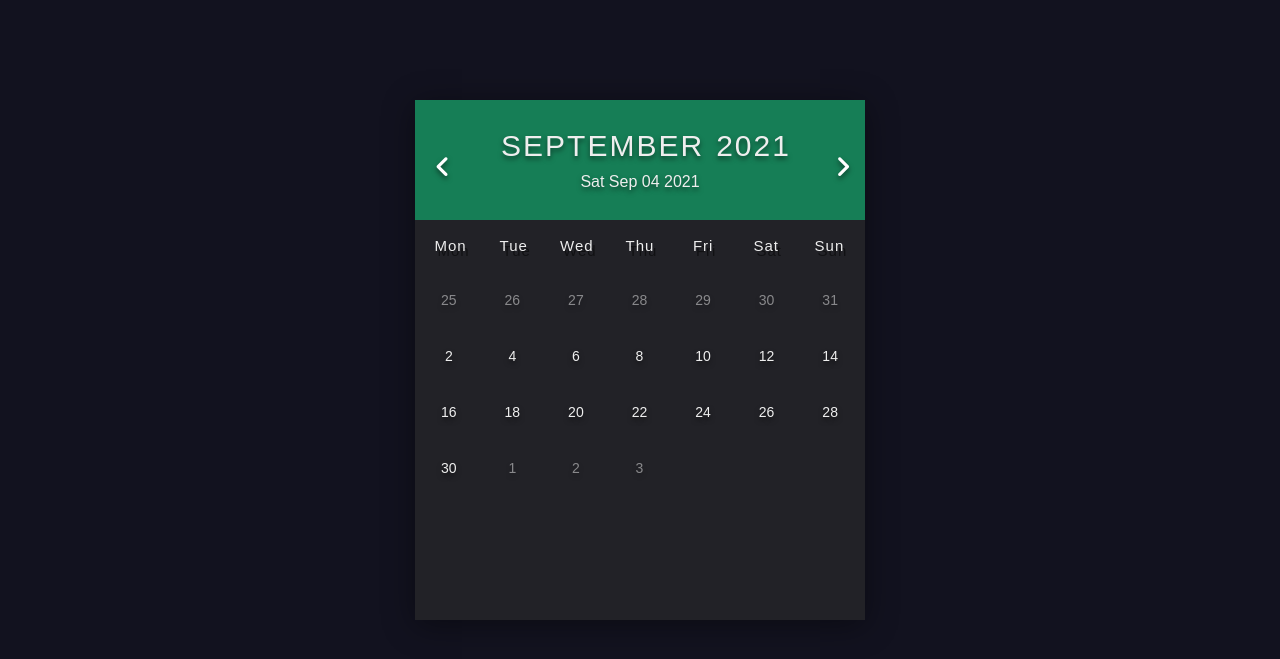
Repository: dboinska/calendar
Page: index.html
The author's editor kept a copy of each file at every save. The page is drawn from the files as they stood at one save, then again after the next save.
The browser window is 1280 px wide. The pictures show the whole page.
Some web libraries are served in a nearby version.

Above is the page before, as saved 2021-09-06 16:07:09.

After the next save:
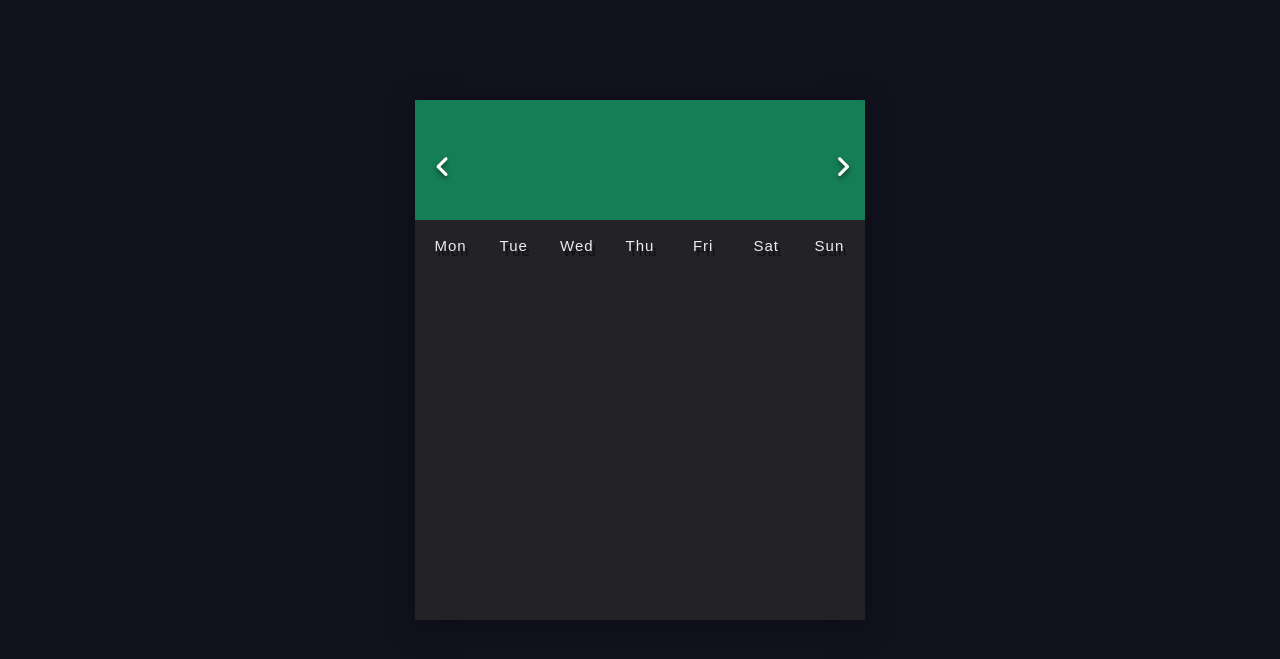
Console error: SyntaxError: Unexpected token '.'
Saved 17 s later.
--- a/script.js
+++ b/script.js
@@ -119,7 +119,7 @@
   renderCalendar();
 }
 
-const allDays = document.querySelectorAll(".toClick");
+const allDays = [..document.querySelectorAll(".toClick")];
 console.log("days", allDays);
 
 renderCalendar();

After the save that followed:
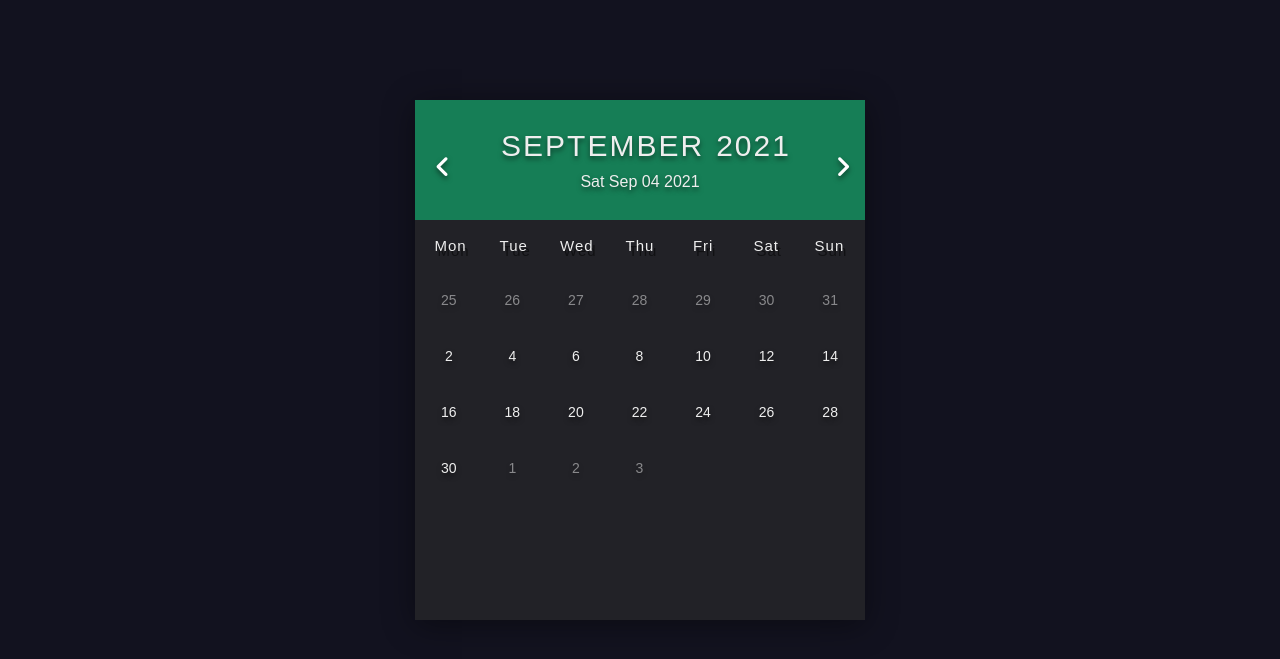
The error is gone.
Saved 9 s later.
--- a/script.js
+++ b/script.js
@@ -119,7 +119,7 @@
   renderCalendar();
 }
 
-const allDays = [..document.querySelectorAll(".toClick")];
+const allDays = [...document.querySelectorAll(".toClick")];
 console.log("days", allDays);
 
 renderCalendar();
